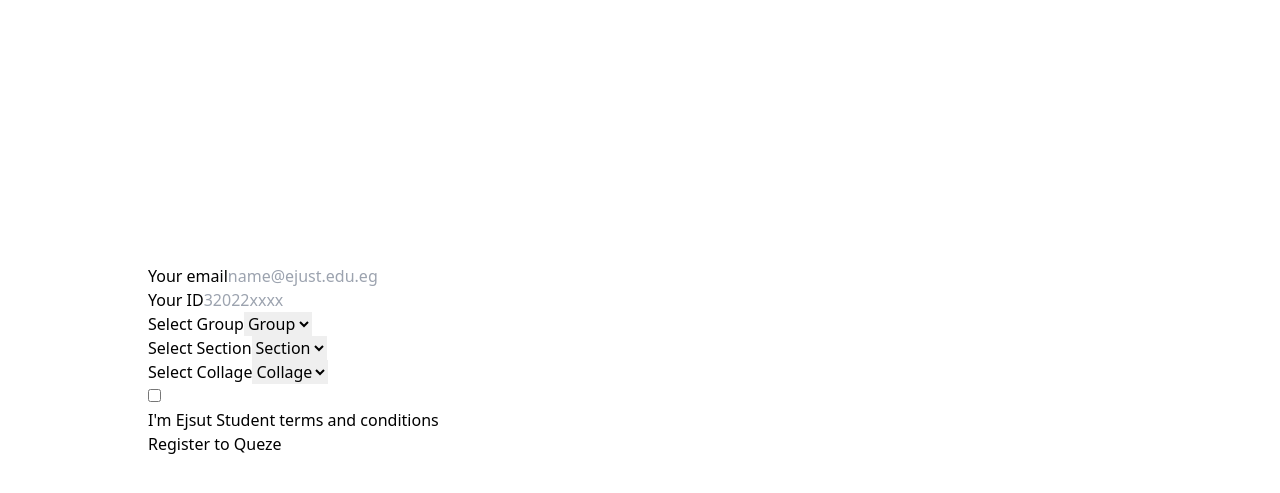
Repository: AbdalrahmanEldeep/FIBOTIC
Page: /
These files come from the project's save history. The page is drawn as it stood at one moment and after the next save; the edit follows.
The browser window is 1280 px wide. The pictures show the whole page.
The project was rebuilt for these pictures with package versions that can differ from the ones it lists, and the page was loaded fresh each time. Also part of the build but not shown: vite.config.js, src/pages/protecter.jsx, src/pages/exame.jsx.

Above is the page before, as saved 2023-01-06 22:56:15.

### index.html
<!DOCTYPE html>
<html lang="en">
  <head>
    <meta charset="UTF-8" />
    <link rel="icon" type="image/svg+xml" href="/vite.svg" />
    <meta name="viewport" content="width=device-width, initial-scale=1.0" />
    <title>FIBO</title>
    <!-- Tailwindcss -->
    <link rel="stylesheet" href="/src/global/app.css">
  </head>
  <body>
    <div id="root"></div>
    <script type="module" src="/src/main.jsx"></script>
  </body>
</html>

### src/global/app.css
/*
! tailwindcss v3.2.4 | MIT License | https://tailwindcss.com
*/

/*
1. Prevent padding and border from affecting element width. (https://github.com/mozdevs/cssremedy/issues/4)
2. Allow adding a border to an element by just adding a border-width. (https://github.com/tailwindcss/tailwindcss/pull/116)
*/

*,
::before,
::after {
  box-sizing: border-box;
  /* 1 */
  border-width: 0;
  /* 2 */
  border-style: solid;
  /* 2 */
  border-color: #e5e7eb;
  /* 2 */
}

::before,
::after {
  --tw-content: '';
}

/*
1. Use a consistent sensible line-height in all browsers.
2. Prevent adjustments of font size after orientation changes in iOS.
3. Use a more readable tab size.
4. Use the user's configured `sans` font-family by default.
5. Use the user's configured `sans` font-feature-settings by default.
*/

html {
  line-height: 1.5;
  /* 1 */
  -webkit-text-size-adjust: 100%;
  /* 2 */
  -moz-tab-size: 4;
  /* 3 */
  -o-tab-size: 4;
     tab-size: 4;
  /* 3 */
  font-family: ui-sans-serif, system-ui, -apple-system, BlinkMacSystemFont, "Segoe UI", Roboto, "Helvetica Neue", Arial, "Noto Sans", sans-serif, "Apple Color Emoji", "Segoe UI Emoji", "Segoe UI Symbol", "Noto Color Emoji";
  /* 4 */
  font-feature-settings: normal;
  /* 5 */
}

/*
1. Remove the margin in all browsers.
2. Inherit line-height from `html` so users can set them as a class directly on the `html` element.
*/

body {
  margin: 0;
  /* 1 */
  line-height: inherit;
  /* 2 */
}

/*
1. Add the correct height in Firefox.
2. Correct the inheritance of border color in Firefox. (https://bugzilla.mozilla.org/show_bug.cgi?id=190655)
3. Ensure horizontal rules are visible by default.
*/

hr {
  height: 0;
  /* 1 */
  color: inherit;
  /* 2 */
  border-top-width: 1px;
  /* 3 */
}

/*
Add the correct text decoration in Chrome, Edge, and Safari.
*/

abbr:where([title]) {
  -webkit-text-decoration: underline dotted;
          text-decoration: underline dotted;
}

/*
Remove the default font size and weight for headings.
*/

h1,
h2,
h3,
h4,
h5,
h6 {
  font-size: inherit;
  font-weight: inherit;
}

/*
Reset links to optimize for opt-in styling instead of opt-out.
*/

a {
  color: inherit;
  text-decoration: inherit;
}

/*
Add the correct font weight in Edge and Safari.
*/

b,
strong {
  font-weight: bolder;
}

/*
1. Use the user's configured `mono` font family by default.
2. Correct the odd `em` font sizing in all browsers.
*/

code,
kbd,
samp,
pre {
  font-family: ui-monospace, SFMono-Regular, Menlo, Monaco, Consolas, "Liberation Mono", "Courier New", monospace;
  /* 1 */
  font-size: 1em;
  /* 2 */
}

/*
Add the correct font size in all browsers.
*/

small {
  font-size: 80%;
}

/*
Prevent `sub` and `sup` elements from affecting the line height in all browsers.
*/

sub,
sup {
  font-size: 75%;
  line-height: 0;
  position: relative;
  vertical-align: baseline;
}

sub {
  bottom: -0.25em;
}

sup {
  top: -0.5em;
}

/*
1. Remove text indentation from table contents in Chrome and Safari. (https://bugs.chromium.org/p/chromium/issues/detail?id=999088, https://bugs.webkit.org/show_bug.cgi?id=201297)
2. Correct table border color inheritance in all Chrome and Safari. (https://bugs.chromium.org/p/chromium/issues/detail?id=935729, https://bugs.webkit.org/show_bug.cgi?id=195016)
3. Remove gaps between table borders by default.
*/

table {
  text-indent: 0;
  /* 1 */
  border-color: inherit;
  /* 2 */
  border-collapse: collapse;
  /* 3 */
}

/*
1. Change the font styles in all browsers.
2. Remove the margin in Firefox and Safari.
3. Remove default padding in all browsers.
*/

button,
input,
optgroup,
select,
textarea {
  font-family: inherit;
  /* 1 */
  font-size: 100%;
  /* 1 */
  font-weight: inherit;
  /* 1 */
  line-height: inherit;
  /* 1 */
  color: inherit;
  /* 1 */
  margin: 0;
  /* 2 */
  padding: 0;
  /* 3 */
}

/*
Remove the inheritance of text transform in Edge and Firefox.
*/

button,
select {
  text-transform: none;
}

/*
1. Correct the inability to style clickable types in iOS and Safari.
2. Remove default button styles.
*/

button,
[type='button'],
[type='reset'],
[type='submit'] {
  -webkit-appearance: button;
  /* 1 */
  background-color: transparent;
  /* 2 */
  background-image: none;
  /* 2 */
}

/*
Use the modern Firefox focus style for all focusable elements.
*/

:-moz-focusring {
  outline: auto;
}

/*
Remove the additional `:invalid` styles in Firefox. (https://github.com/mozilla/gecko-dev/blob/2f9eacd9d3d995c937b4251a5557d95d494c9be1/layout/style/res/forms.css#L728-L737)
*/

:-moz-ui-invalid {
  box-shadow: none;
}

/*
Add the correct vertical alignment in Chrome and Firefox.
*/

progress {
  vertical-align: baseline;
}

/*
Correct the cursor style of increment and decrement buttons in Safari.
*/

::-webkit-inner-spin-button,
::-webkit-outer-spin-button {
  height: auto;
}

/*
1. Correct the odd appearance in Chrome and Safari.
2. Correct the outline style in Safari.
*/

[type='search'] {
  -webkit-appearance: textfield;
  /* 1 */
  outline-offset: -2px;
  /* 2 */
}

/*
Remove the inner padding in Chrome and Safari on macOS.
*/

::-webkit-search-decoration {
  -webkit-appearance: none;
}

/*
1. Correct the inability to style clickable types in iOS and Safari.
2. Change font properties to `inherit` in Safari.
*/

::-webkit-file-upload-button {
  -webkit-appearance: button;
  /* 1 */
  font: inherit;
  /* 2 */
}

/*
Add the correct display in Chrome and Safari.
*/

summary {
  display: list-item;
}

/*
Removes the default spacing and border for appropriate elements.
*/

blockquote,
dl,
dd,
h1,
h2,
h3,
h4,
h5,
h6,
hr,
figure,
p,
pre {
  margin: 0;
}

fieldset {
  margin: 0;
  padding: 0;
}

legend {
  padding: 0;
}

ol,
ul,
menu {
  list-style: none;
  margin: 0;
  padding: 0;
}

/*
Prevent resizing textareas horizontally by default.
*/

textarea {
  resize: vertical;
}

/*
1. Reset the default placeholder opacity in Firefox. (https://github.com/tailwindlabs/tailwindcss/issues/3300)
2. Set the default placeholder color to the user's configured gray 400 color.
*/

input::-moz-placeholder, textarea::-moz-placeholder {
  opacity: 1;
  /* 1 */
  color: #9ca3af;
  /* 2 */
}

input::placeholder,
textarea::placeholder {
  opacity: 1;
  /* 1 */
  color: #9ca3af;
  /* 2 */
}

/*
Set the default cursor for buttons.
*/

button,
[role="button"] {
  cursor: pointer;
}

/*
Make sure disabled buttons don't get the pointer cursor.
*/

:disabled {
  cursor: default;
}

/*
1. Make replaced elements `display: block` by default. (https://github.com/mozdevs/cssremedy/issues/14)
2. Add `vertical-align: middle` to align replaced elements more sensibly by default. (https://github.com/jensimmons/cssremedy/issues/14#issuecomment-634934210)
   This can trigger a poorly considered lint error in some tools but is included by design.
*/

img,
svg,
video,
canvas,
audio,
iframe,
embed,
object {
  display: block;
  /* 1 */
  vertical-align: middle;
  /* 2 */
}

/*
Constrain images and videos to the parent width and preserve their intrinsic aspect ratio. (https://github.com/mozdevs/cssremedy/issues/14)
*/

img,
video {
  max-width: 100%;
  height: auto;
}

/* Make elements with the HTML hidden attribute stay hidden by default */

[hidden] {
  display: none;
}

*, ::before, ::after {
  --tw-border-spacing-x: 0;
  --tw-border-spacing-y: 0;
  --tw-translate-x: 0;
  --tw-translate-y: 0;
  --tw-rotate: 0;
  --tw-skew-x: 0;
  --tw-skew-y: 0;
  --tw-scale-x: 1;
  --tw-scale-y: 1;
  --tw-pan-x:  ;
  --tw-pan-y:  ;
  --tw-pinch-zoom:  ;
  --tw-scroll-snap-strictness: proximity;
  --tw-ordinal:  ;
  --tw-slashed-zero:  ;
  --tw-numeric-figure:  ;
  --tw-numeric-spacing:  ;
  --tw-numeric-fraction:  ;
  --tw-ring-inset:  ;
  --tw-ring-offset-width: 0px;
  --tw-ring-offset-color: #fff;
  --tw-ring-color: rgb(59 130 246 / 0.5);
  --tw-ring-offset-shadow: 0 0 #0000;
  --tw-ring-shadow: 0 0 #0000;
  --tw-shadow: 0 0 #0000;
  --tw-shadow-colored: 0 0 #0000;
  --tw-blur:  ;
  --tw-brightness:  ;
  --tw-contrast:  ;
  --tw-grayscale:  ;
  --tw-hue-rotate:  ;
  --tw-invert:  ;
  --tw-saturate:  ;
  --tw-sepia:  ;
  --tw-drop-shadow:  ;
  --tw-backdrop-blur:  ;
  --tw-backdrop-brightness:  ;
  --tw-backdrop-contrast:  ;
  --tw-backdrop-grayscale:  ;
  --tw-backdrop-hue-rotate:  ;
  --tw-backdrop-invert:  ;
  --tw-backdrop-opacity:  ;
  --tw-backdrop-saturate:  ;
  --tw-backdrop-sepia:  ;
}

::backdrop {
  --tw-border-spacing-x: 0;
  --tw-border-spacing-y: 0;
  --tw-translate-x: 0;
  --tw-translate-y: 0;
  --tw-rotate: 0;
  --tw-skew-x: 0;
  --tw-skew-y: 0;
  --tw-scale-x: 1;
  --tw-scale-y: 1;
  --tw-pan-x:  ;
  --tw-pan-y:  ;
  --tw-pinch-zoom:  ;
  --tw-scroll-snap-strictness: proximity;
  --tw-ordinal:  ;
  --tw-slashed-zero:  ;
  --tw-numeric-figure:  ;
  --tw-numeric-spacing:  ;
  --tw-numeric-fraction:  ;
  --tw-ring-inset:  ;
  --tw-ring-offset-width: 0px;
  --tw-ring-offset-color: #fff;
  --tw-ring-color: rgb(59 130 246 / 0.5);
  --tw-ring-offset-shadow: 0 0 #0000;
  --tw-ring-shadow: 0 0 #0000;
  --tw-shadow: 0 0 #0000;
  --tw-shadow-colored: 0 0 #0000;
  --tw-blur:  ;
  --tw-brightness:  ;
  --tw-contrast:  ;
  --tw-grayscale:  ;
  --tw-hue-rotate:  ;
  --tw-invert:  ;
  --tw-saturate:  ;
  --tw-sepia:  ;
  --tw-drop-shadow:  ;
  --tw-backdrop-blur:  ;
  --tw-backdrop-brightness:  ;
  --tw-backdrop-contrast:  ;
  --tw-backdrop-grayscale:  ;
  --tw-backdrop-hue-rotate:  ;
  --tw-backdrop-invert:  ;
  --tw-backdrop-opacity:  ;
  --tw-backdrop-saturate:  ;
  --tw-backdrop-sepia:  ;
}

### src/main.jsx
import ReactDOM  from "react-dom/client";
import { Root } from "./router/Root";
import 'flowbite';

const root = ReactDOM.createRoot(document.querySelector("#root"));

root.render(
  <Root/>
)

### src/router/Root.jsx
import React from 'react'
import { BrowserRouter, Route, Routes } from 'react-router-dom'
import Home from '../pages/home'
import Protecter from '../pages/protecter'
import Aboute from '../pages/exame'

export const Root = () => {
  return (
    <BrowserRouter>
        <Routes>
            <Route path="/" element={<Protecter statuse={true}><Home/></Protecter>}/>
            <Route path="/exame" element={<Protecter statuse={true}><Aboute/></Protecter>}/>
        </Routes>
    </BrowserRouter>
  )
}

### src/pages/home.jsx
import React from 'react'
import styled from 'styled-components'
import { Form } from '../components/Form'

const Container = styled.div`

  position: fixed;
  top: 50%;
  left: 50%;
  transform: translate(-50%,-50%);
  width: 80%;
  margin: 0 auto;

`

export default function Home() {
  return (
    <>
    <Container>
      <Form/>
    </Container>
    </>
  )
}

### src/components/Form.jsx
import React from 'react'

export const Form = () => {
  return (

        <form className='shadow' style={{padding:"20px"}}>
            <div className="mb-6">
                <label htmlFor="email" className="block mb-2 text-sm font-medium text-gray-900 dark:text-white">Your email</label>
                <input type="email" id="email" className="w-full shadow-sm bg-gray-50 border border-gray-300 text-gray-900 text-sm rounded focus:ring-blue-500 focus:border-blue-500 block p-2.5 dark:bg-gray-700 dark:border-gray-600 dark:placeholder-gray-400 dark:text-white dark:focus:ring-blue-500 dark:focus:border-blue-500 dark:shadow-sm-light" placeholder="name@ejust.edu.eg" required />
            </div>
            <div className="mb-6">
                <label htmlFor="stdid" className="block mb-2 text-sm font-medium text-gray-900 dark:text-white">Your ID</label>
                <input type="text" id="stdid" placeholder='32022xxxx' className="shadow-sm bg-gray-50 border border-gray-300 text-gray-900 text-sm rounded focus:ring-blue-500 focus:border-blue-500 block w-full p-2.5 dark:bg-gray-700 dark:border-gray-600 dark:placeholder-gray-400 dark:text-white dark:focus:ring-blue-500 dark:focus:border-blue-500 dark:shadow-sm-light" required />
            </div>
            <div className="flex flex-col gap-2 items-start mb-6">
                <label htmlFor="countries" className="block mb-2 text-sm font-medium text-gray-900 dark:text-white">Select Group</label>
                <select id="countries" className="bg-gray-50 border border-gray-300 text-gray-900 text-sm rounded focus:ring-blue-500 focus:border-blue-500 block w-full p-2.5 dark:bg-gray-700 dark:border-gray-600 dark:placeholder-gray-400 dark:text-white dark:focus:ring-blue-500 dark:focus:border-blue-500">
                    <option defaultValue="Group">Group</option>
                    <option value="US">G1</option>
                    <option value="CA">G2</option>
                    <option value="FR">G3</option>
                    <option value="DE">G4</option>
                </select>
            </div>
            <div className="flex flex-col gap-2 items-start mb-6">
                <label htmlFor="countries" className="block mb-2 text-sm font-medium text-gray-900 dark:text-white">Select Section</label>
                <select id="countries" className="bg-gray-50 border border-gray-300 text-gray-900 text-sm rounded focus:ring-blue-500 focus:border-blue-500 block w-full p-2.5 dark:bg-gray-700 dark:border-gray-600 dark:placeholder-gray-400 dark:text-white dark:focus:ring-blue-500 dark:focus:border-blue-500">
                    <option defaultValue="Section">Section</option>
                    <option value="1">S1</option>
                    <option value="2">S2</option>
                    <option value="3">S3</option>
                </select>
            </div>
            <div className="flex flex-col gap-2 items-start mb-6">
                <label htmlFor="countries" className="block mb-2 text-sm font-medium text-gray-900 dark:text-white">Select Collage</label>
                <select id="countries" className="bg-gray-50 border border-gray-300 text-gray-900 text-sm rounded focus:ring-blue-500 focus:border-blue-500 block w-full p-2.5 dark:bg-gray-700 dark:border-gray-600 dark:placeholder-gray-400 dark:text-white dark:focus:ring-blue-500 dark:focus:border-blue-500">
                    <option defaultValue="Collage">Collage</option>
                    <option value="CSIT">CSIT</option>
                </select>
            </div>
            <div className="flex items-start mb-6">
                <div className="flex items-center h-5">
                <input id="terms" type="checkbox" value="" className="w-4 h-4 border border-gray-300 rounded bg-gray-50 focus:ring-3 focus:ring-blue-300 dark:bg-gray-700 dark:border-gray-600 dark:focus:ring-blue-600 dark:ring-offset-gray-800" required />
                </div>
                <label htmlFor="terms" className="ml-2 text-sm font-medium text-gray-900 dark:text-gray-300">I'm Ejsut Student  <a href="#" className="text-blue-600 hover:underline dark:text-blue-500">terms and conditions</a></label>
            </div>
            <button type="submit" className="text-white bg-blue-700 hover:bg-blue-800 focus:ring-4 focus:outline-none focus:ring-blue-300 font-medium rounded text-sm px-5 py-2.5 text-center dark:bg-blue-600 dark:hover:bg-blue-700 dark:focus:ring-blue-800">Register to Queze</button>
        </form>


  )
}

After the next save:
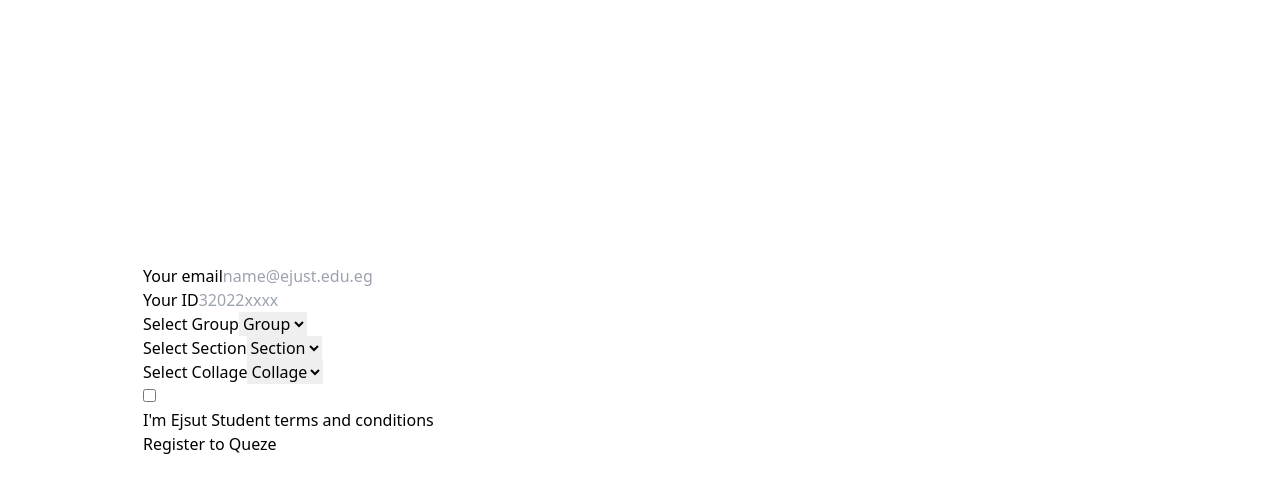
Saved 4 s later.
--- a/src/components/Form.jsx
+++ b/src/components/Form.jsx
@@ -3,7 +3,7 @@ import React from 'react'
 export const Form = () => {
   return (
 
-        <form className='shadow' style={{padding:"20px"}}>
+        <form className='shadow' style={{padding:"15px"}}>
             <div className="mb-6">
                 <label htmlFor="email" className="block mb-2 text-sm font-medium text-gray-900 dark:text-white">Your email</label>
                 <input type="email" id="email" className="w-full shadow-sm bg-gray-50 border border-gray-300 text-gray-900 text-sm rounded focus:ring-blue-500 focus:border-blue-500 block p-2.5 dark:bg-gray-700 dark:border-gray-600 dark:placeholder-gray-400 dark:text-white dark:focus:ring-blue-500 dark:focus:border-blue-500 dark:shadow-sm-light" placeholder="name@ejust.edu.eg" required />
